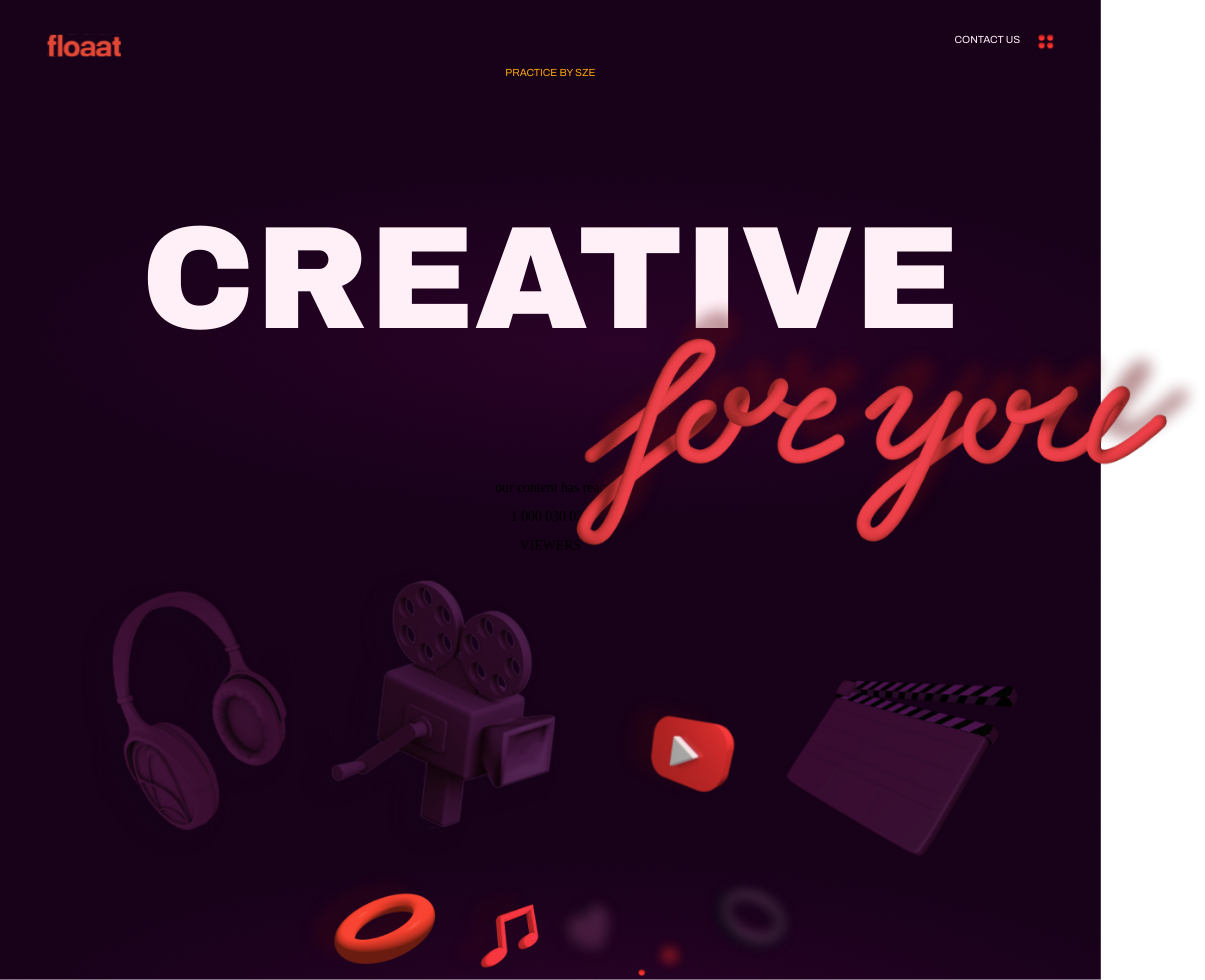
Repository: skydevil1604/next-page-no-adaptive
Page: app/index.html
These files come from the project's save history. The page is drawn as it stood at one moment and after the next save; the edit follows.
The browser window is 1280 px wide. The page is 1401 px wide, then 1280 px, so the pictures cover 1401 px, including what lies to the right of the window. The pictures show the whole page, at 86% of full size.
Some web libraries are served in a nearby version. The style sheet was rebuilt from its Sass, Less or Tailwind sources for each picture, by a compiler version that may differ from the author's.

Above is the page before, as saved 2020-01-03 03:21:37.

### app/index.html
<!DOCTYPE html>
<html lang="en">
<head>
    <meta charset="UTF-8">
    <meta name="viewport" content="width=device-width, initial-scale=1.0">
    <meta http-equiv="X-UA-Compatible" content="ie=edge">
    <link rel="stylesheet" href="css/main.css">
    <link href="https://fonts.googleapis.com/css?family=Archivo&display=swap" rel="stylesheet">
    <link href="https://fonts.googleapis.com/css?family=Archivo+Black&display=swap" rel="stylesheet">
    <title>Floaat</title>
</head>
<body>
    <div id="preloader">
        <div class="dws-progress-bar"></div>
    </div>
<div class="wrapper">
            <section class="panel main-first-screen main-page">
                <div class="inner">
                    <header class="header">
                        <a href="#" class="header__logo">
                            <img src="images/logo.svg" alt="floaat-logo">
                        </a>
                        <nav class="navigation">
                            <a href="#" class="navigation__link">CONTACT US</a>
                            <div class="navigation__button">
                                <span></span>
                                <span></span>
                                <span></span>
                                <span></span>
                            </div>
                        </nav>
                    </header>
                    <div class="main-content">
                        <p class="main-content__paragraph">practice by SZE</p>
                        <h1 class="main-content__header">CREATIVE</h1>
                        <img class="main-content__text" src="images/for-you.png" alt="">
                    </div>
                    <div class="viewers">
                        <p class="viewers__main-paragraph">our content has reac</p>
                        <div class="viewers__count">1 000 030 021</div>
                        <p class="viewers__footer-paragraph">VIEWERS</p>
                    </div>
                    <img src="img/headphones.svg" alt="">
                    <img src="img/cinema.svg" alt="">
                    <img src="img/youtube3.png" alt="">
                    <img src="img/CLAQUETA_basica.png" alt="">
                    <img src="img/torus.png" alt="">
                    <img src="img/note2.png" alt="">
                    <img src="img/heart22.png" alt="">
                    <img src="img/dot.svg" alt="">
                    <img src="img/dot2.png" alt="">
                    <img src="img/torus3.png" alt="">

                </div>
            </section>

            <section class="panel main-second-screen clients"></section>
            <section class="panel main-third-screen our-works"></section>
            <section class="panel main-fourth-screen our-team"></section>
</div>





<script src="https://cdnjs.cloudflare.com/ajax/libs/jquery/3.4.1/jquery.min.js"></script>
<script src="https://cdnjs.cloudflare.com/ajax/libs/gsap/1.11.7/TweenMax.min.js"></script>
<script src="//cdnjs.cloudflare.com/ajax/libs/ScrollMagic/2.0.7/ScrollMagic.min.js"></script>
<script src="//cdnjs.cloudflare.com/ajax/libs/ScrollMagic/2.0.7/plugins/debug.addIndicators.min.js"></script>
</body>
</html>

### app/sass/main.scss
.dws-progress-bar {
    position: absolute;
    top: 50%;
    left: 50%;
    transform: translate(-50%, -50%);
    z-index: 100;
   }
   .progress-percentage {
    position: absolute;
    top: 50%;
    left: 50%;
    transform: translate(-50%, -50%);
    font-size: 40px;
    font-family: "Verdana", sans-serif;
    font-weight: bold;
    color: #25ffe4;
   }
   #preloader {
    position: fixed;
    left: 0;
    top: 0;
    right: 0;
    bottom: 0;
    z-index: 100;
    background-image: url(../img/preloader.jpg);
    background-repeat: no-repeat;
    background-size: cover;
    display: none;
   }



   html * {
    text-rendering: optimizeLegibility;
    -webkit-font-smoothing: antialiased;
    -moz-osx-font-smoothing: grayscale;
    box-sizing: border-box;
   }
   html,
   body {
    margin: auto 0;
    padding: 0;
    text-align: center;
    cursor: url(../images/cursor-dot.svg);
    box-sizing: border-box;
   }
   a {
       text-decoration: none;
   }
   .main-preloader {
    position: fixed;
    width: 100%;
    height: 100%;
    left: 0;
    top: 0;
    z-index: 999999999;
    background-color: #000;
    text-align: center;
   }
   .main-preloader .main-preloader-inner {
    position: absolute;
    top: 50%;
    width: 100%;
   }
   .main-preloader .preloader-percentage {
    color: #ffffff;
    margin: 0;
   }
   .main-preloader .preloader-percentage span {
    display: inline-block;
    font-size: 50px;
   }

.wrapper {
    width: 100%;
}

.panel {
    width: 100%;
    &.main-page {
        background-image: url(../images/main-bg.jpg);
        height: 100%;
        padding-top: 40px;
        padding-right: 55px;
        padding-left: 55px;
    }
    & .inner {
        max-width: 1330px;
        margin: 0 auto;
    }
}

.header {
    display: flex;
    justify-content: space-between;
    &__logo {
        width: 86px;
        height: 26px;
    }
}

.navigation {
    display: flex;
    width: 115px;
    justify-content: space-between;
        &__link {
            font-family: 'Archivo', sans-serif;
            font-style: normal;
            font-weight: bold;
            font-size: 12px;
            line-height: 13px;
            text-transform: uppercase;
            color: #FFEFF6;
        }
        &__button {
            display: flex;
            width: 18px;
            flex-wrap: wrap;
            height: 18px;
            justify-content: space-between;
                & span {
                    background-image: url(../img/dot.svg);
                    width: 8px;
                    height: 8px;
                    display: block;
                }
        }
}

.main-content {
    position: relative;
    &__header {
        font-family: 'Archivo Black', sans-serif;
        font-style: normal;
        font-weight: normal;
        font-size: 170px;
        line-height: 185px;
        text-align: center;
        text-transform: uppercase;
        color: #FFEFF6;

    }
    &__paragraph {
        font-family: 'Archivo', sans-serif;
        font-style: normal;
        font-weight: bold;
        font-size: 12px;
        line-height: 13px;
        text-transform: uppercase;
        color: #F9A608;
        text-align: center;
    }
    &__text {
        position: absolute;
        top: 265px;
        left: 615px;
    }
}

After the next save:
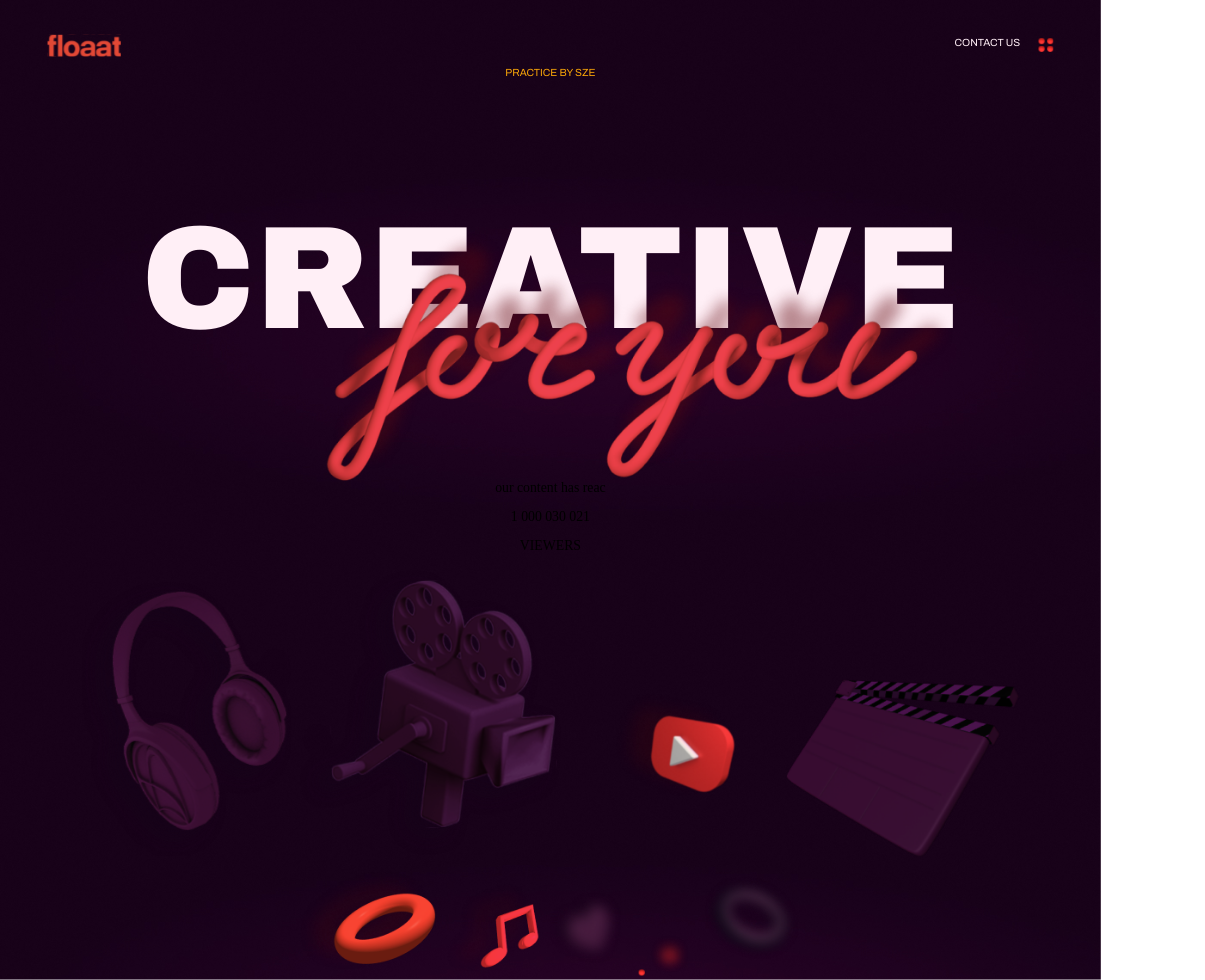
Saved 2 min 43 s later.
--- a/app/sass/main.scss
+++ b/app/sass/main.scss
@@ -93,6 +93,7 @@
 .header {
     display: flex;
     justify-content: space-between;
+    align-items: center;
     &__logo {
         width: 86px;
         height: 26px;
@@ -152,7 +153,7 @@
     }
     &__text {
         position: absolute;
-        top: 265px;
-        left: 615px;
+        top: 190px;
+        left: 325px;
     }
 }
